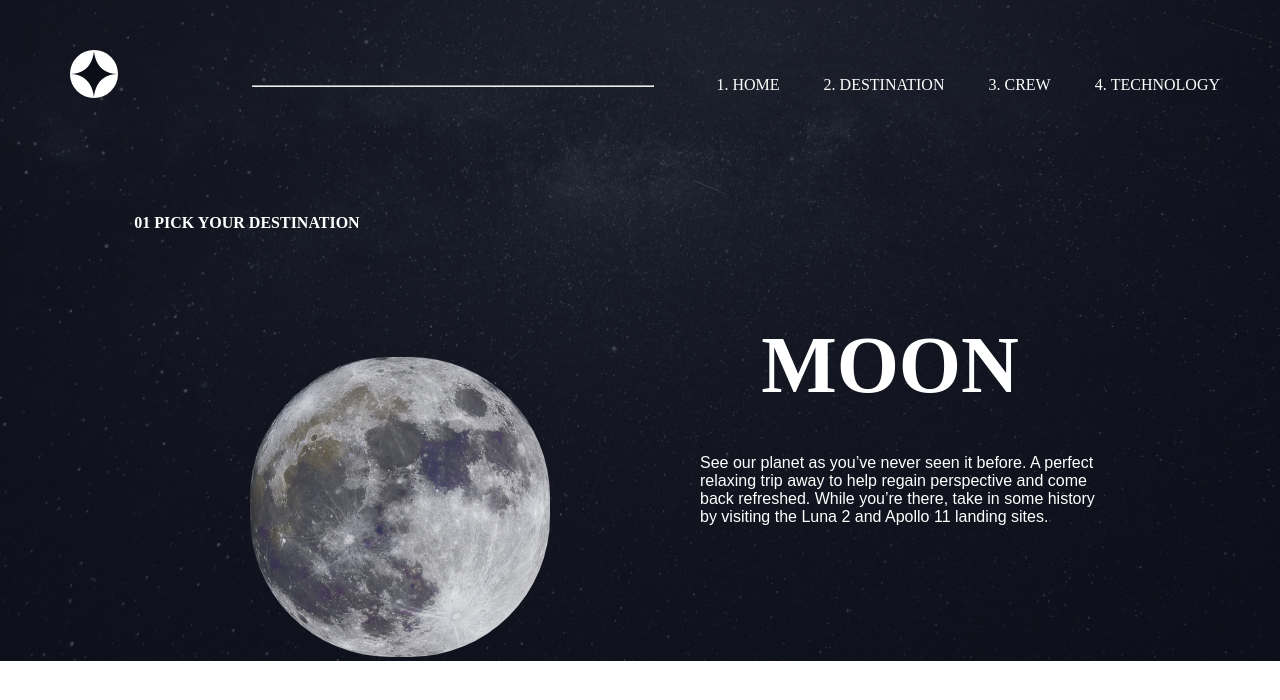
Repository: batonAnton/space_tourism
Page: destination.html
The author's editor kept a copy of each file at every save. The page is drawn from the files as they stood at one save, then again after the next save.
The browser window is 1280 px wide. The pictures show the whole page.
Some web fonts or font styles are not loaded; a fallback is used.

Above is the page before, as saved 2022-05-20 10:41:49.

After the next save:
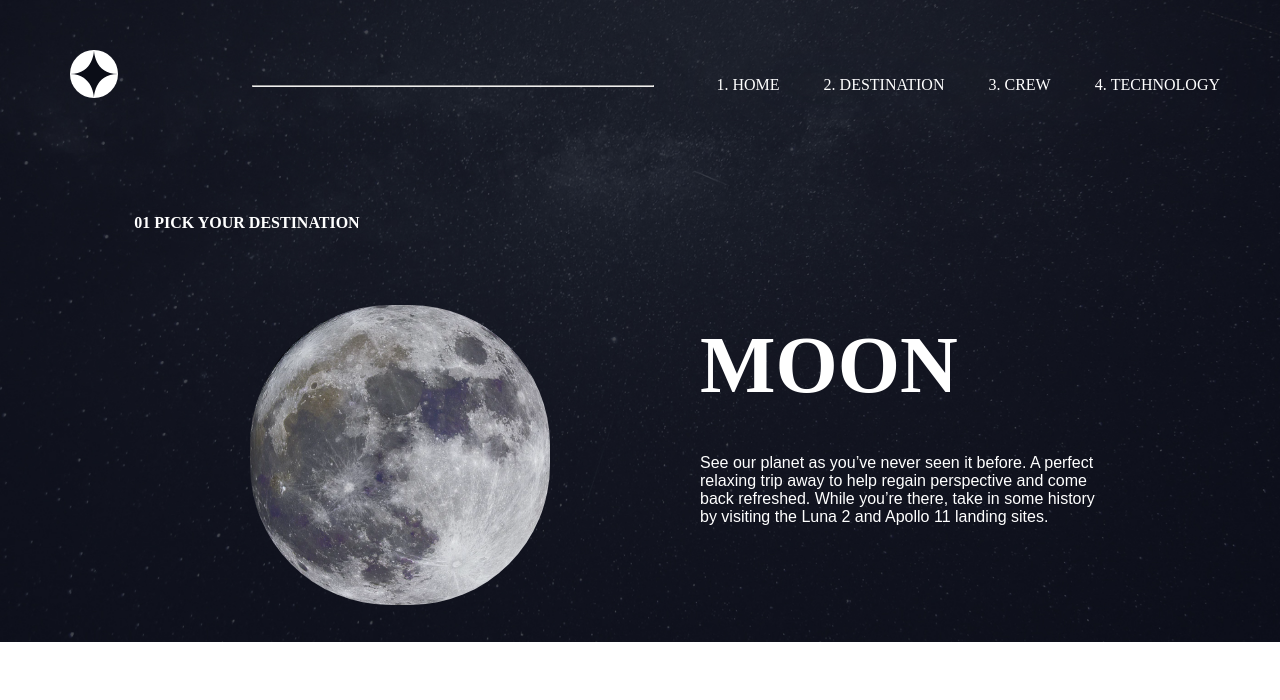
Saved 6 min 33 s later.
--- a/css/style2 .css
+++ b/css/style2 .css
@@ -89,7 +89,7 @@ li {
 .h2_planet {
   height: 1px;
   display: block;
-  margin: -176px 0px 142px -193px;
+  margin: -176px 0px 90px -193px;
   font-size: 16px;
 }
 
@@ -115,12 +115,12 @@ h2 {
 h1 {
   font-size: 5rem;
   height: 80px;
-  /* padding-left: 20px; */
+  text-align: left;
   margin-top: 70px;
 }
 
 p {
-  width: 400px;
+  width: 444px;
   text-align: left;
   font-family: "Barlow Condensed", sans-serif;
 }
